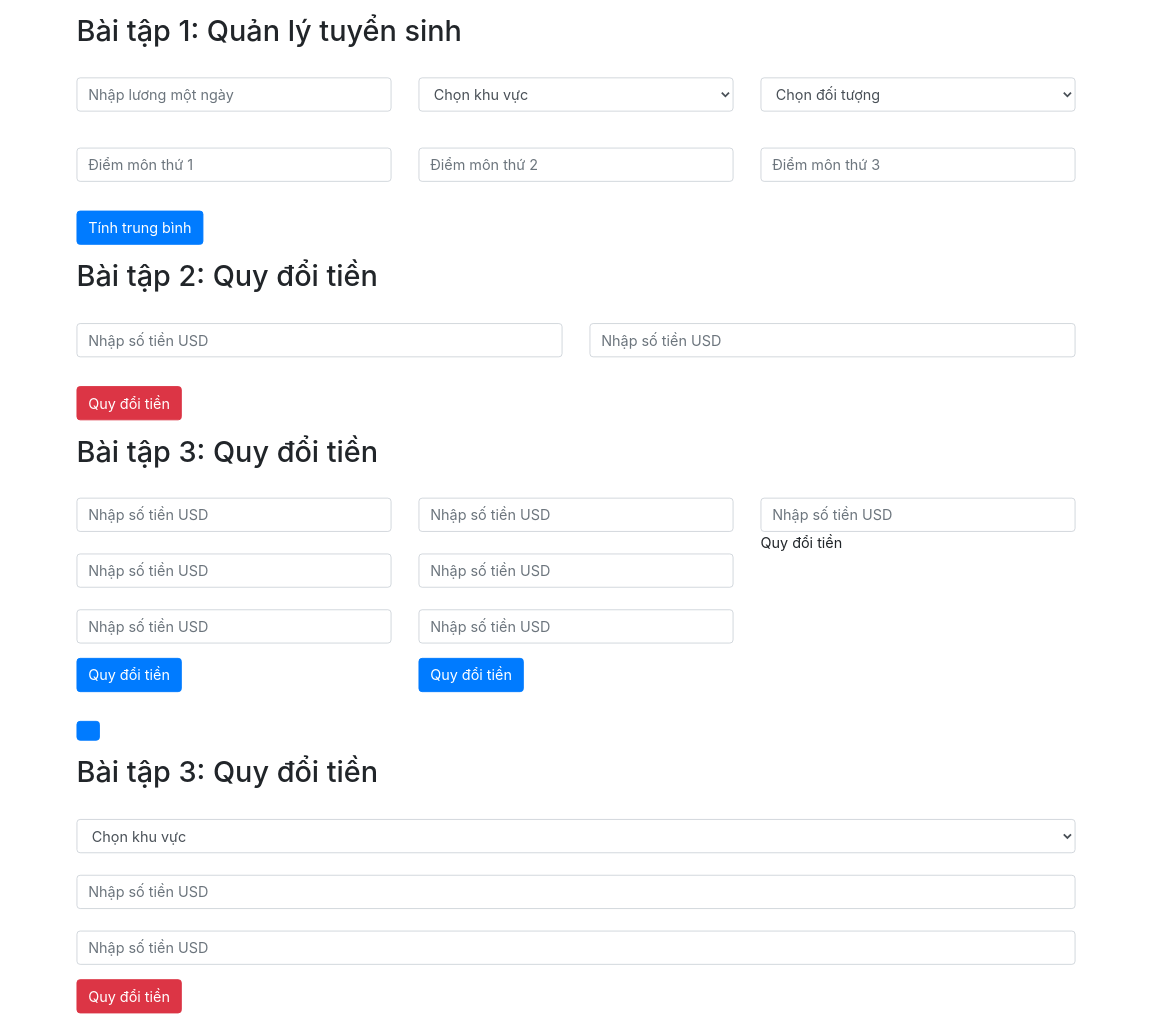
Repository: thanhfrankie/BC10-LeMinhThanh-Js-b5
Page: index.html
The author's editor kept a copy of each file at every save. The page is drawn from the files as they stood at one save, then again after the next save.
The browser window is 1280 px wide. The pictures show the whole page, at 90% of full size.

Above is the page before, as saved 2023-12-15 17:36:50.

After the next save:
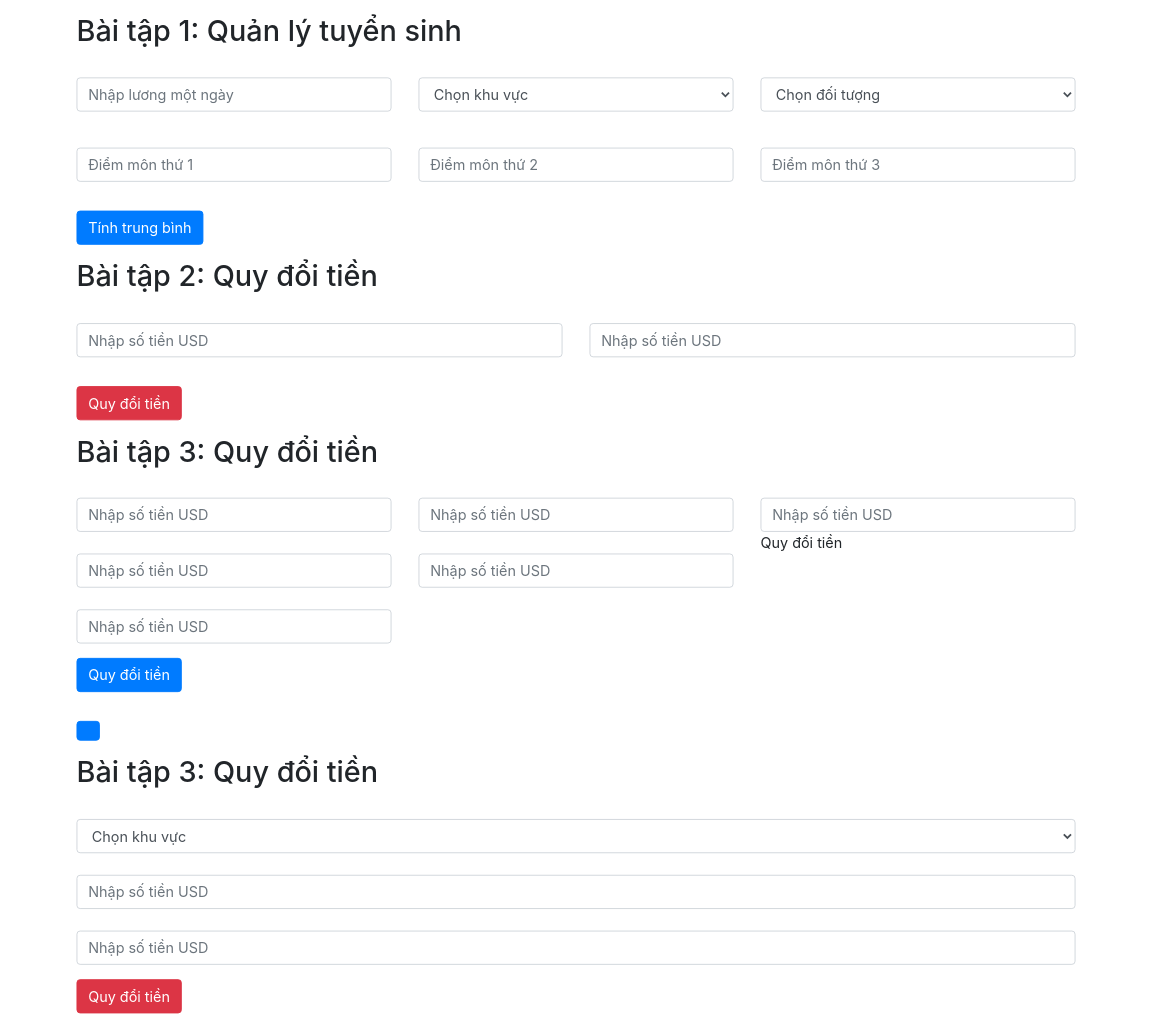
Saved 9 s later.
--- a/index.html
+++ b/index.html
@@ -204,20 +204,7 @@
                     placeholder="Nhập số tiền USD"
                     required
                   />
-                  <label for="so-luong-USD"></label>
-                  <input
-                    type="number"
-                    class="form-control"
-                    name=""
-                    id="so-luong-USD"
-                    aria-describedby="helpId"
-                    placeholder="Nhập số tiền USD"
-                    required
-                  />
-
-                  <button type="button" onclick="quyDoiTien()" class="btn btn-primary mt-3">
-                   Quy đổi tiền
-                  </button>
+
                 </div></div>
                 <div class="col-sm-4">    <div class="form-group">
 
